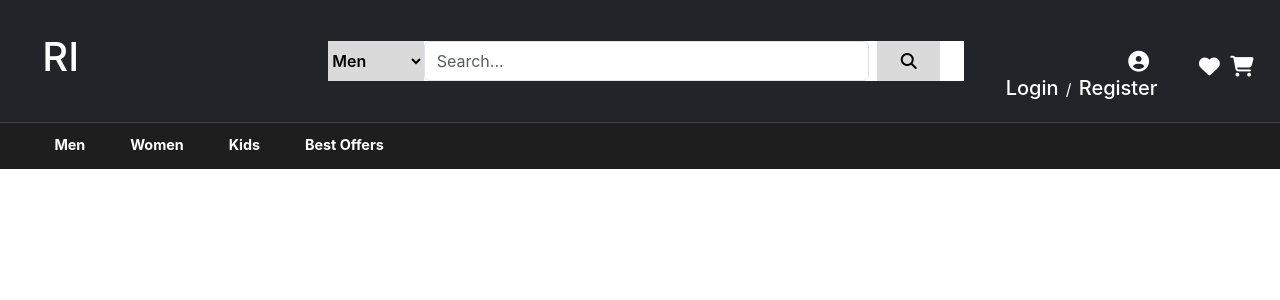
Repository: KodandaraoChellapilli/e-store
Page: /
The author's editor kept a copy of each file at every save. The page is drawn from the files as they stood at one save, then again after a run of saves.
The browser window is 1280 px wide. The pictures show the whole page.
The project was rebuilt for these pictures with package versions that can differ from the ones it lists, and the page was loaded fresh each time. Also part of the build but not shown: src/App.css.

Above is the page before, as saved 2025-06-09 12:47:02.

After the next 3 saves:
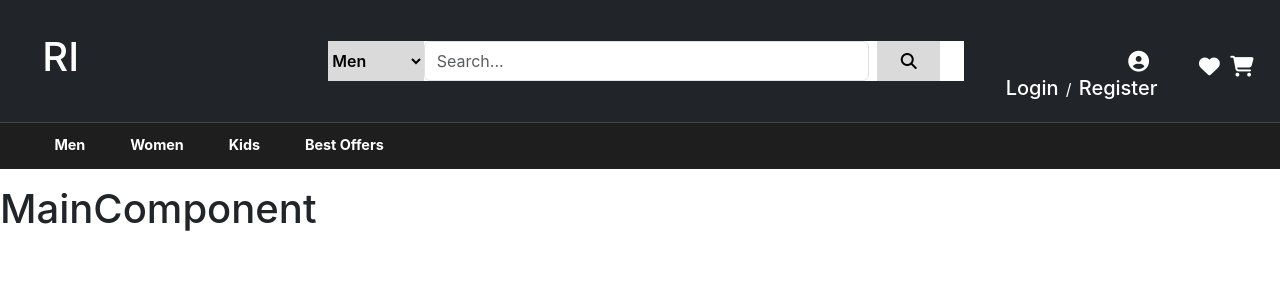
The 3 saves are shown as one change because 2 did not build or start.
The last was saved 73 s later.
--- a/src/App.js
+++ b/src/App.js
@@ -2,6 +2,7 @@ import logo from './logo.svg';
 import './App.css';
 import TopNav from './Components/TopNav';
 import  CatNav from './Components/CatNav';
+import MainComponent from './Components/MainComponent';
 
 
 
@@ -11,6 +12,7 @@ function App() {
 
       <TopNav />
       <CatNav />
+      <MainComponent />
 
     </div>
   );
--- a/src/Components/MainComponent/index.js
+++ b/src/Components/MainComponent/index.js
@@ -1,6 +1,6 @@
 import './_main-component.scss';
 
-constMainComponent =()=> {
+const MainComponent =()=> {
 
     return (
         <div>
@@ -9,4 +9,4 @@ constMainComponent =()=> {
     )
 }
 
-export default constMainComponent;
+export default MainComponent;
